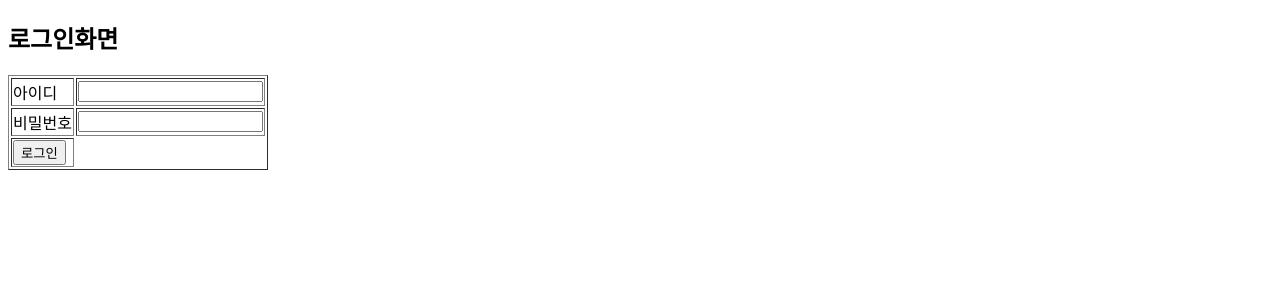
Repository: JungYOsup/Mini_project
Page: http://localhost/EsCape_Room/login_form.jsp
An editor plug-in stored every save of this project. The page is shown before and after the next save, followed by the edit.
The browser window is 1280 px wide. The pictures show the whole page.
The page is served by Tomcat 9.

Above is the page before, as saved 2018-01-15 07:25:51.

After the next save:
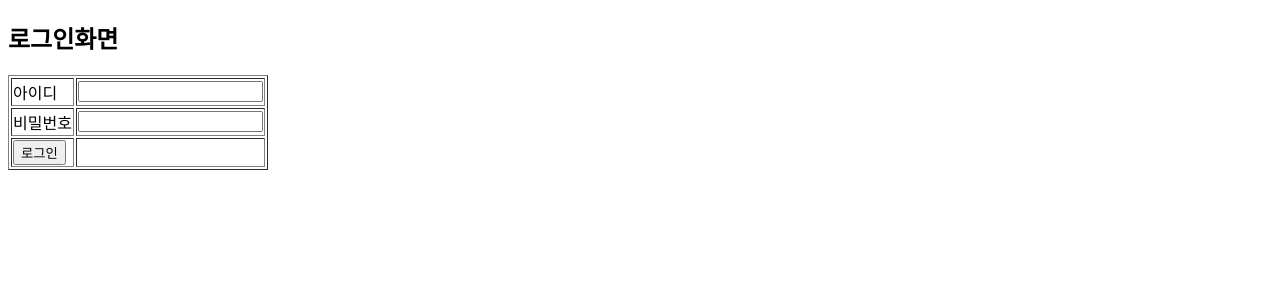
Saved 3 s later.
--- a/EsCape_Room/WebContent/login_form.jsp
+++ b/EsCape_Room/WebContent/login_form.jsp
@@ -33,7 +33,7 @@
 
 	<tr>
 		<td><input type="button" value="로그인"> </td>
-
+		<td><?
 	</tr>
 </table>
 
